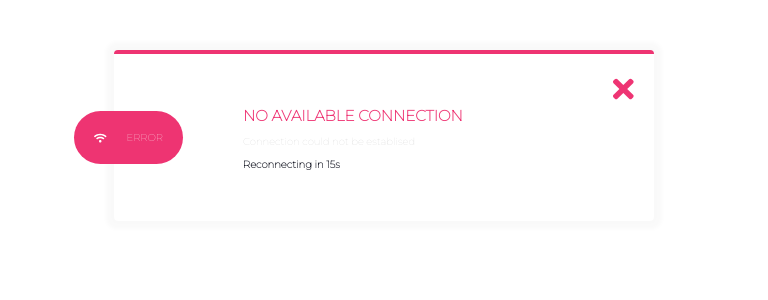
Repository: duongtln/tricks-tips
Page: variable_in_css/index.html
An editor plug-in stored every save of this project. The page is shown before and after the next save, followed by the edit.
The browser window is 768 px wide. The pictures show the whole page.
Some web libraries are served in a nearby version.

Above is the page before, as saved 2021-08-09 22:46:55.

After the next save:
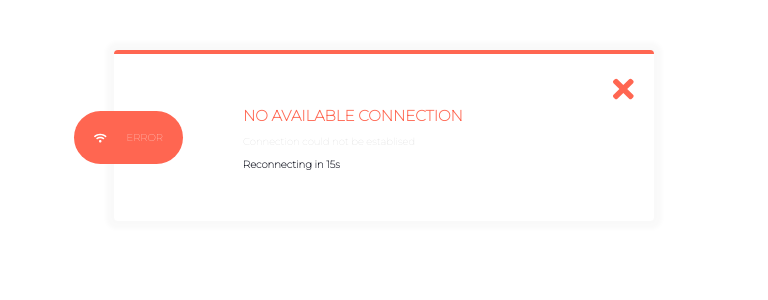
Saved 2 min 6 s later.
--- a/variable_in_css/style.css
+++ b/variable_in_css/style.css
@@ -64,3 +64,9 @@ body {
     font-weight: bold;
     color: #1a1c28;
 }
+
+@media  screen and (max-width: 1023px) {
+    :root {
+        --color-error: #FF6651;
+    }
+}
